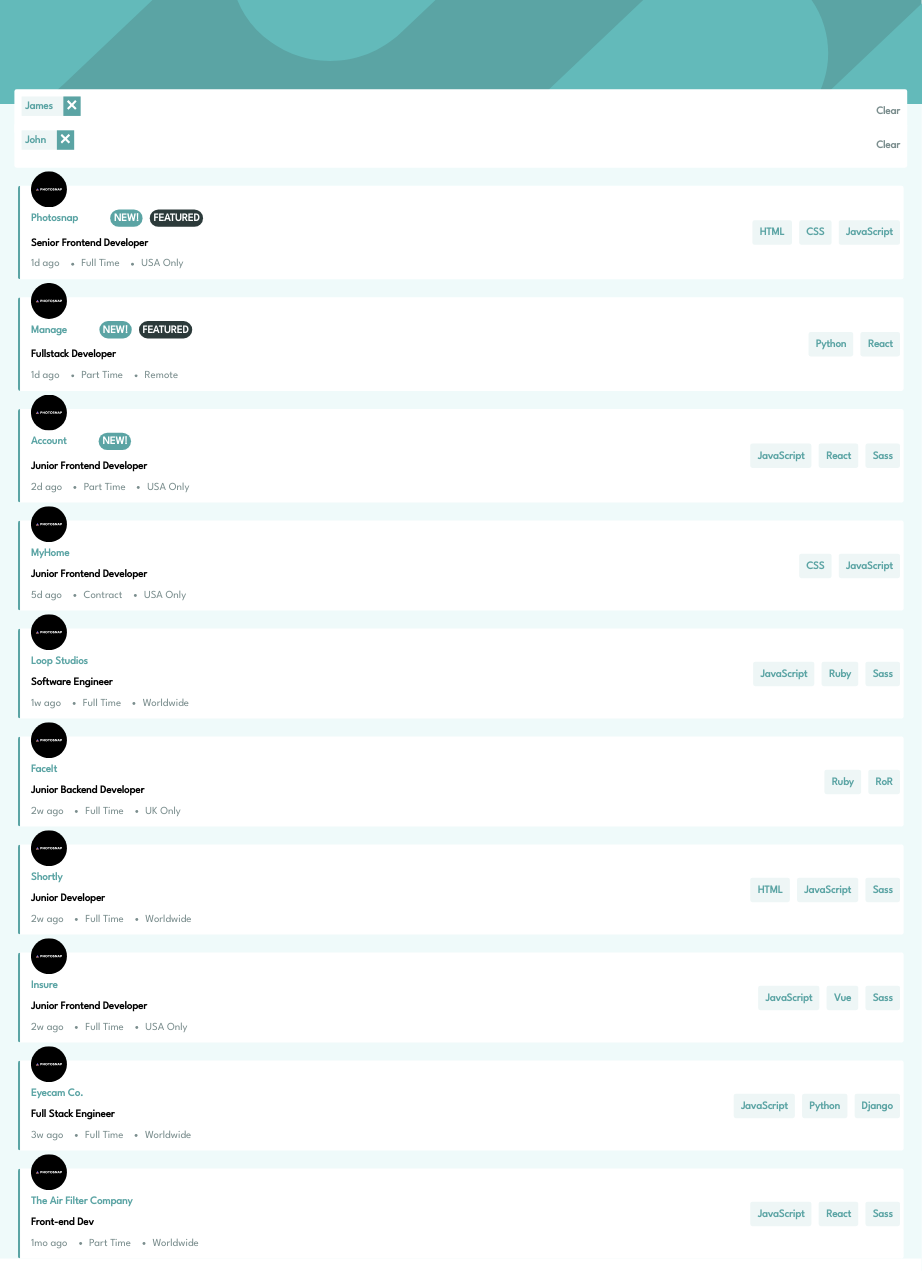
Repository: DevLaukey/job-listing
Page: /
These files come from the project's save history. The page is drawn as it stood at one moment and after a run of saves; the edit follows.
The browser window is 1280 px wide. The pictures show the whole page, at 72% of full size.
Some web fonts or font styles are not loaded; a fallback is used. The project was rebuilt for these pictures with package versions that can differ from the ones it lists, and the page was loaded fresh each time.

Above is the page before, as saved 2022-06-03 12:00:33.

After the next 3 saves:
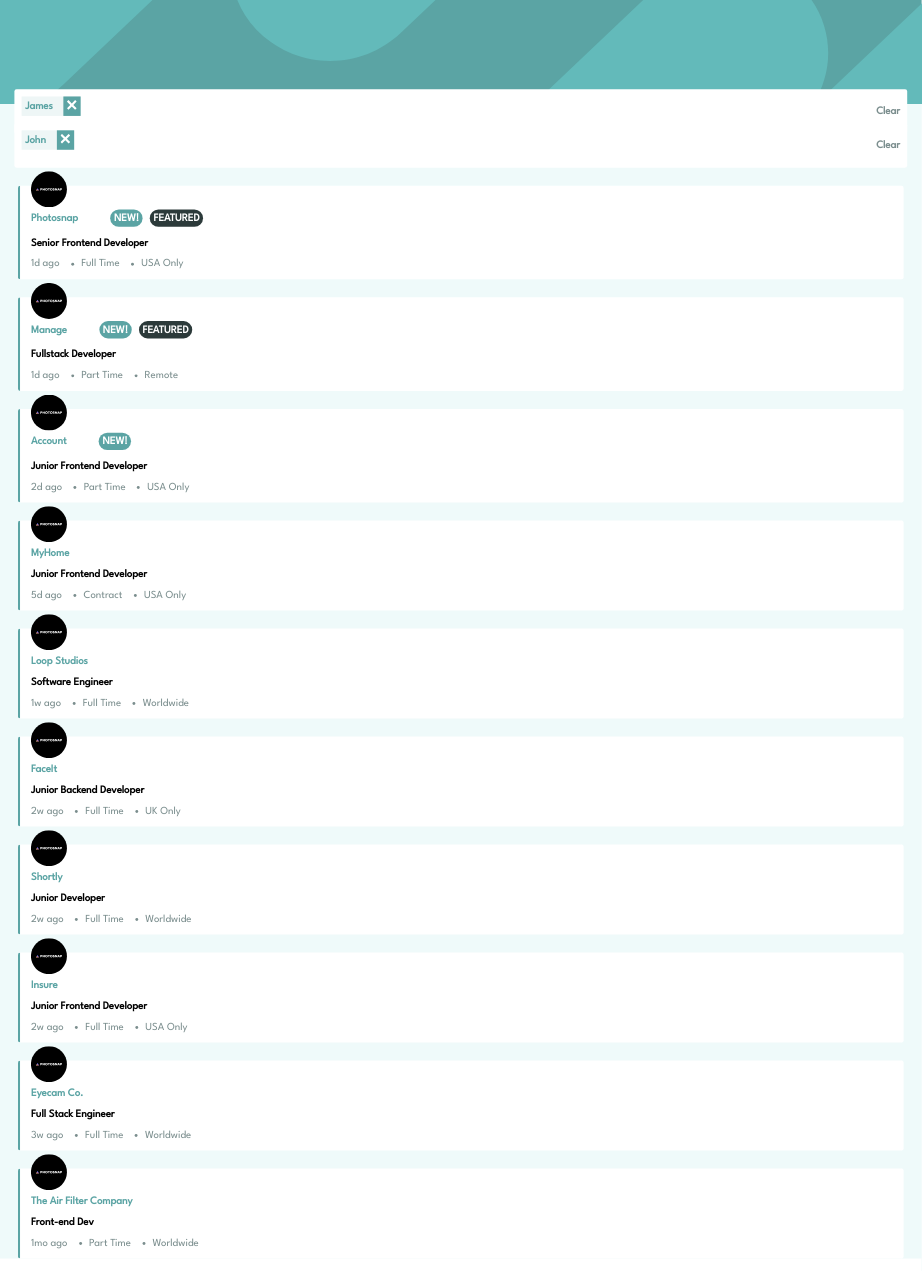
The 3 saves are shown as one change because 2 did not build or start.
The last was saved 8 min 53 s later.
--- a/src/components/Tablet.js
+++ b/src/components/Tablet.js
@@ -6,8 +6,8 @@ function Tablet({ key, company, logo, neew, featured, position, role, level, pos
     // const logos = require(logo).default;
     // console.log(logos)
   // const [tags, setTags] = useState([]);
-  const categories = languages.concat(tools)
-console.log(categories);
+  // const categories = languages+tools
+// console.log(categories);
     return (
       <div className="tablet boarder">
         <div className="tablet_content">
@@ -46,11 +46,11 @@ console.log(categories);
               {language}
             </p> */}
 
-          {categories.map((tool) => (
+          {/* {categories.map((tool) => (
             <p className="category" >
               {tool}
             </p>
-          ))}
+          ))} */}
         </div>
       </div>
     );
